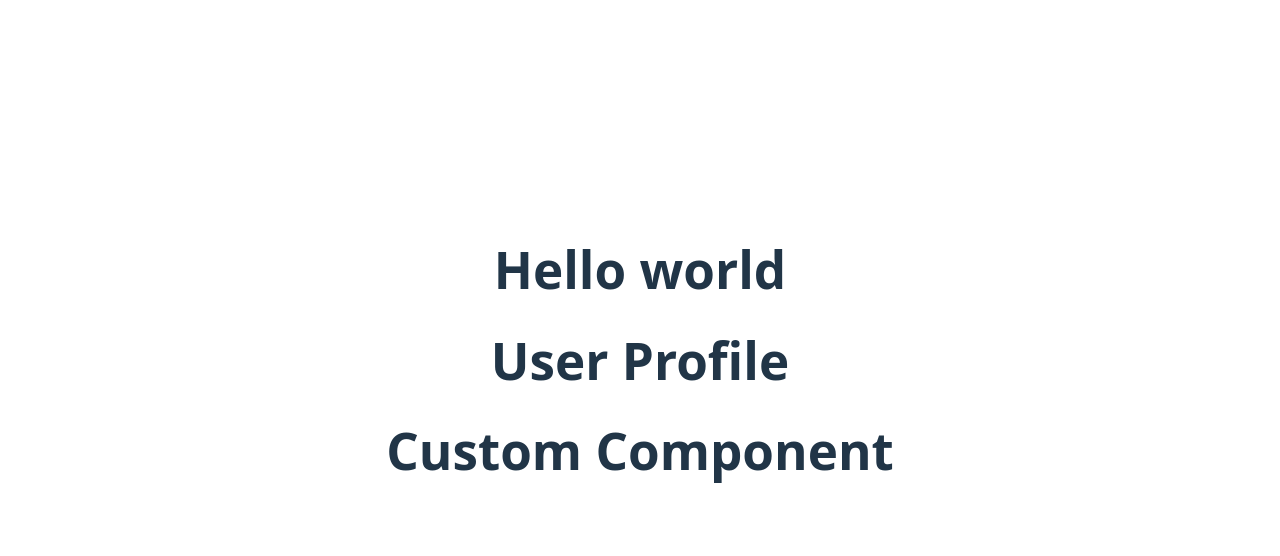
Repository: Janum4444/React-learning
Page: /
An editor plug-in stored every save of this project. The page is shown before and after the next save, followed by the edit.
The browser window is 1280 px wide. The pictures show the whole page.
The project was rebuilt for these pictures with package versions that can differ from the ones it lists, and the page was loaded fresh each time. Also part of the build but not shown: vite.config.js.

Above is the page before, as saved 2026-02-21 19:38:29.

After the next save:
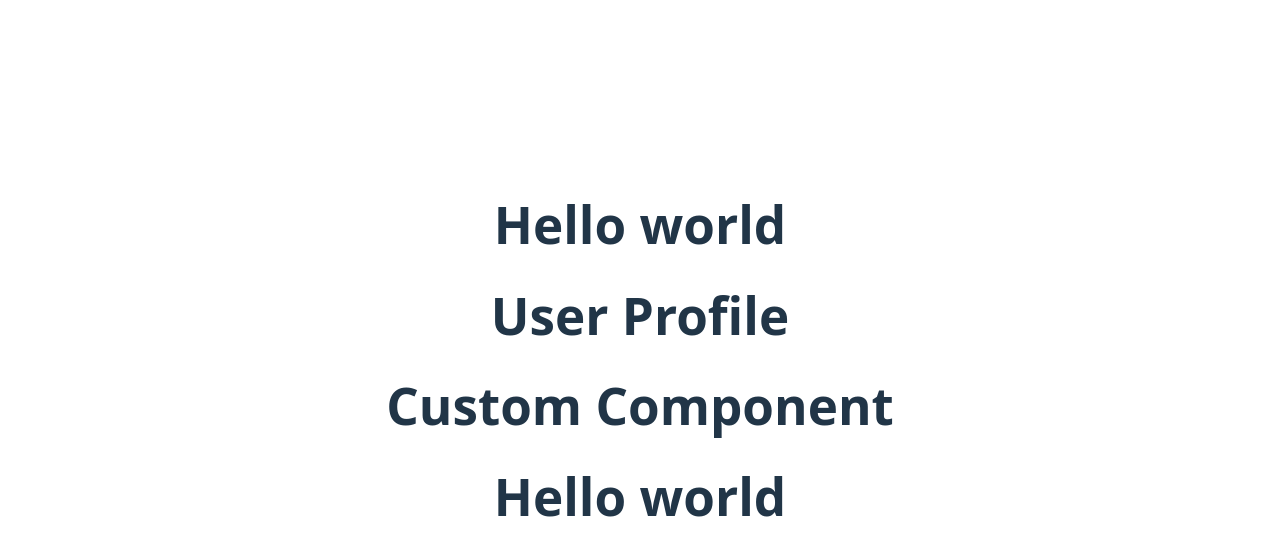
Saved 22 s later.
--- a/src/App.jsx
+++ b/src/App.jsx
@@ -1,5 +1,6 @@
 
 import './App.css'
+import { Hello } from './Hello.js'
 import {UserProfile, CustomComponent} from './UserProfile.jsx'
 
 function App() {
@@ -10,6 +11,7 @@ function App() {
         <h1> Hello world</h1>
         <UserProfile />
         <CustomComponent />
+        <Hello />
       </div>
     </>
   )
